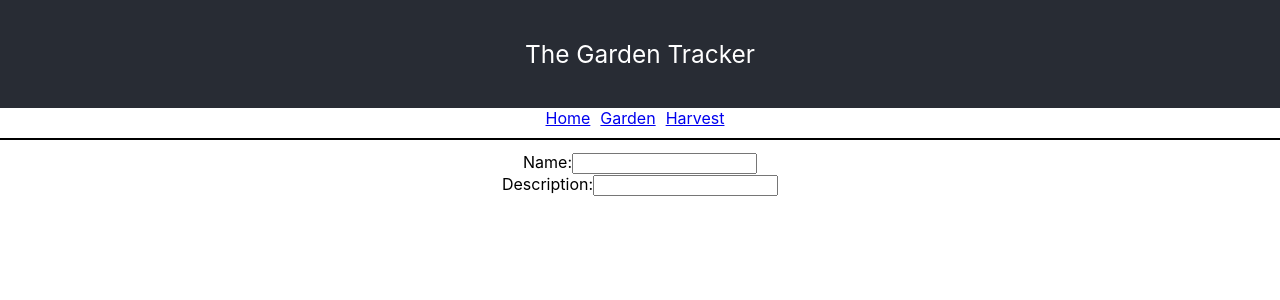
Repository: charliejp0311/ReactReduxFinal
Page: /garden (app in gardentracker/)
An editor plug-in stored every save of this project. The page is shown before and after the next save, followed by the edit.
The browser window is 1280 px wide. The pictures show the whole page.
The page's requests for data from a server got no answer. The project was rebuilt for these pictures with package versions that can differ from the ones it lists, and the page was loaded fresh each time. No one was signed in, and anything a server would have sent is missing. Also part of the build but not shown: gardentracker/src/containers/GardenbookContainer.js, gardentracker/src/containers/HarvestContainer.js.

Above is the page before, as saved 2020-11-04 15:00:53.

### gardentracker/src/index.js
import React from 'react';
import ReactDOM from 'react-dom';
//style
import './index.css';
//APP
import App from './containers/App';
//Reducer
import reducer from './redux/index'
//router
import { BrowserRouter } from "react-router-dom";
//store and middleware
import { Provider } from 'react-redux';
import { applyMiddleware, createStore } from 'redux';
import { composeWithDevTools } from 'redux-devtools-extension';
import thunk from 'redux-thunk';

const store = createStore(reducer, composeWithDevTools(
  applyMiddleware(thunk),
));

// const store = createStore(reducer,applyMiddleware(thunk))

ReactDOM.render(
  <Provider store={store}>
    <BrowserRouter>
      <App />
    </BrowserRouter>
  </Provider>,
  document.getElementById('root')
);

### gardentracker/src/containers/App.js
import React,{Component} from 'react';
import '../App.css';
import { connect } from 'react-redux';
import {startSetGardenbook} from '../redux/actions';
import {Switch,Route} from 'react-router-dom';
import GardenbookContainer from './GardenbookContainer';
import GardenContainer from './GardenContainer';
import HarvestContainer from './HarvestContainer';
import NavBar from '../components/Navbar';

class App extends Component {

  componentDidMount(){
    this.props.startSetGardenbook();
  };

  render(){
    // console.log(this.props)
    return (
      <div className="App">
          <header className="App-header">
            The Garden Tracker
          </header>
          <NavBar />
        <Switch>
          <Route exact path='/' component={GardenbookContainer} />
          <Route exact path='/garden' component={GardenContainer}/>
          <Route exact path='/harvest' component={HarvestContainer}/>
        </Switch>
      </div>
    );
  };
}


// export default App;
// export default connect()(App);
export default connect(null, {startSetGardenbook})(App);

### gardentracker/src/redux/index.js
import { combineReducers } from 'redux';
import garden from './GardenReducer'

export default combineReducers({
    garden
})

### gardentracker/src/App.css
.App {
  text-align: center;
}

.App-logo {
  height: 40vmin;
  pointer-events: none;
}

@media (prefers-reduced-motion: no-preference) {
  .App-logo {
    animation: App-logo-spin infinite 20s linear;
  }
}

.App-header {
  background-color: #282c34;
  min-height: 15vh;
  display: flex;
  flex-direction: column;
  align-items: center;
  justify-content: center;
  font-size: calc(10px + 2vmin);
  color: white;
}

.App-link {
  color: #61dafb;
}

.garden {
  display: grid;
  grid-template-columns: 1fr;
  grid-template-rows: auto;
  grid-gap: 25px;
  padding-top: 10px;
  padding-bottom: 30px;
}

/* .plant {
  height: auto;
  width: auto;
  box-shadow: 10px 10px grey;
  padding: 10px;
  border-radius: 10px;
} */

@keyframes App-logo-spin {
  from {
    transform: rotate(0deg);
  }
  to {
    transform: rotate(360deg);
  }
}

### gardentracker/src/redux/actions.js
// import React from 'react';
//FETCH
export const startSetGardenbook = () => {
    return(dispatch, getState)=>{
        fetch('http://localhost:3001/gardenbooks/1')
            .then(resp=>resp.json())
            .then(data=> dispatch(setGardenbook(data)))
    };
};

// export const startAddPlant = (plant={}) => {
//     return (dispatch, getState) =>{
//         fetch(`http://localhost:3001/plants/${plant.id}`, )
//     }
// }

export const setGardenbook = (book)=>{
    return{
        type: "SET_GARDENBOOK",
        book
    }
}


//PLANTS
export const addPlant = (plant) => {
    return {type: 'ADD_PLANT',plant}
}
export const deletePlant = (plant) => {
    return {type: 'DELETE_PLANT',plant}
}
export const harvestPlant = (plant) => {
    return {type: 'HARVEST_PLANT',plant}
}

////NOTES

export const addNote = (note) => {
    return {type: 'ADD_NOTE',note}
}
export const deleteNote = (note) => {
    return {type: 'DELETE_NOTE',note}
}

### gardentracker/src/containers/GardenContainer.js
import React,{Component} from 'react';
import {connect} from 'react-redux';
import  PlantForm  from "../components/PlantForm";



class GardenContainer extends Component{

    render(){

        return(
        <div>
            <PlantForm />
        </div>
        );
    };
};

const mapStateToProps = state => {
    return{
        id: state.garden.id,
        garden: state.garden.garden,
        notes: state.garden.notes
    }
}

export default connect(mapStateToProps)(GardenContainer);

### gardentracker/src/components/Navbar.js
import React from 'react';
import { NavLink } from 'react-router-dom';

const NavBar = () => {
  return (
    <div style={{ borderBottom: '2px solid black', paddingBottom: '10px', marginBottom: '12px' }}>
      <NavLink
        style={{ marginRight: '10px' }}
        to="/"
      >
        Home
      </NavLink>
      <NavLink
        style={{ marginRight: '10px' }}
        to="/garden"
      >
        Garden
      </NavLink>
      <NavLink
        style={{ marginRight: '10px' }}
        to="/harvest"
      >
        Harvest
      </NavLink>
    </div>
  );
}

export default NavBar;

### gardentracker/src/redux/GardenReducer.js
export default function garden (state = {
    id: '',
    garden: [],
    harvest: [],
    // plants: [],
    notes: []
},action){
    // debugger
    switch (action.type) {
        case 'SET_GARDENBOOK':
            // debugger
            console.log(action)

            let plants = action.book.included
            // let pl =[]
            let gl = []
            let hl = []
            let nl = []
            plants.forEach(plant => {
                if (plant.type==='note') {
                    nl.push(plant.attributes)
                } else {
                    if (plant.attributes.growing) {
                        gl.push(plant.attributes)
                    } else {
                        hl.push(plant.attributes)
                    }
                }
            });
            return {
                // ...state,
                id: action.book.data.id,
                notes: nl,
                garden: gl,
                harvest: hl,
            };

        case 'ADD_PLANT':
            return {
                ...state,
                plants: state.plants.concat({name: action.plant.name})
            };

        case 'HARVEST_PLANT':
            let p = state.plants.filter(plant=>plant.name===action.plant.name) ;
            let inTheGarden = state.plants.filter(plant=>plant.name!==action.plant.name);
            return{
                ...state,
                plants: inTheGarden,
                harvest: state.harvest.concat(p)
            };

        default:
            return state;
    }
};

### gardentracker/src/components/plantForm.js
import React,{Component} from "react";
import { connect } from "react-redux";

class PlantForm extends Component {
    render(){
        return(
            <form>
                <label htmlFor='name' >Name:</label>
                <input type='text' name='name' /><br />
                <label htmlFor='description' >Description:</label>
                <input type='textArea' name='description' /> <br />
            </form>
        );
    };
};
export default connect()(PlantForm);

Loaded but not shown: gardentracker/public/index.html (common file); gardentracker/src/index.css (common file)

After the next save:
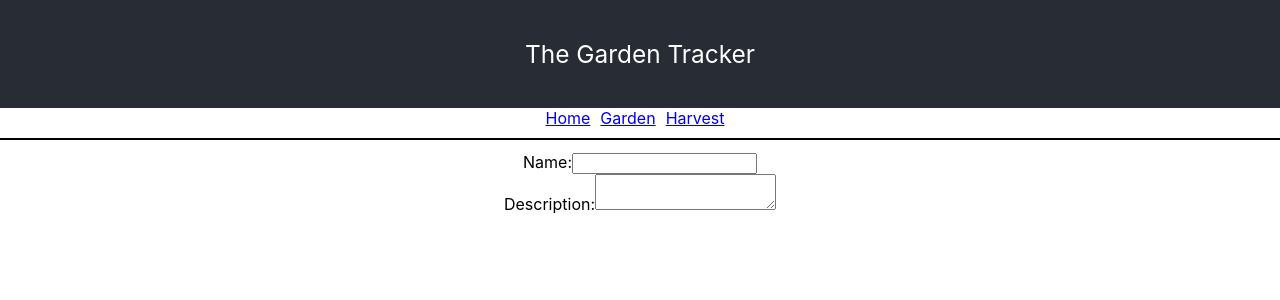
Saved 3 min 22 s later.
--- a/gardentracker/src/components/plantForm.js
+++ b/gardentracker/src/components/plantForm.js
@@ -5,10 +5,14 @@ class PlantForm extends Component {
     render(){
         return(
             <form>
-                <label htmlFor='name' >Name:</label>
-                <input type='text' name='name' /><br />
-                <label htmlFor='description' >Description:</label>
-                <input type='textArea' name='description' /> <br />
+                <label htmlFor='name' >
+                    Name:
+                    <input type='text' name='name' />
+                </label><br />
+                <label htmlFor='description' >
+                    Description:
+                    <textarea name='description' />
+                </label><br />
             </form>
         );
     };
